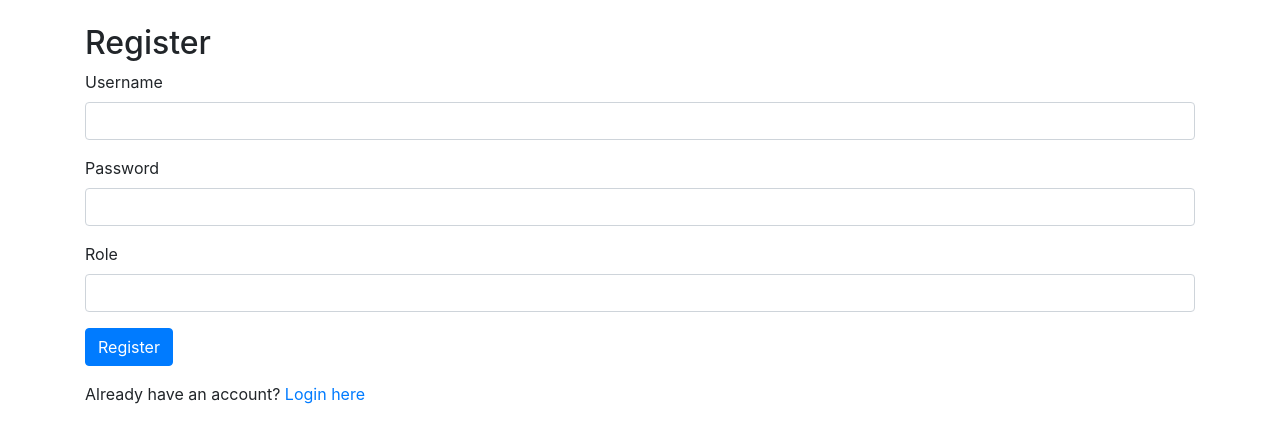
Repository: Stoldark/PLMUN
Page: http://localhost/register
These files come from the project's save history. The page is drawn as it stood at one moment and after the next save; the edit follows.
The browser window is 1280 px wide. The pictures show the whole page.
The page is served by the project's application, run on Flask 3 (tempCodeRunnerFile.py).

Above is the page before, as saved 2024-09-22 16:16:06.

### templates/register.html
<!doctype html>
<html lang="en">
<head>
    <meta charset="utf-8">
    <meta name="viewport" content="width=device-width, initial-scale=1">
    <title>Register</title>
    <link rel="stylesheet" href="https://stackpath.bootstrapcdn.com/bootstrap/4.5.2/css/bootstrap.min.css">
</head>
<body>
    <div class="container mt-4">
        <h2>Register</h2>
        <form method="POST" action="{{ url_for('register') }}">
            {{ form.hidden_tag() }}
            <div class="form-group">
                {{ form.username.label(class="form-label") }}
                {{ form.username(class="form-control") }}
            </div>
            <div class="form-group">
                {{ form.password.label(class="form-label") }}
                {{ form.password(class="form-control") }}
            </div>
            <div class="form-group">
                {{ form.role.label(class="form-label") }}
                {{ form.role(class="form-control") }}
            </div>
            <div class="form-group">
                {{ form.submit(class="btn btn-primary") }}
            </div>
        </form>
        <p class="mt-2">Already have an account? <a href="{{ url_for('login') }}">Login here</a></p>
    </div>
</body>
</html>

### tempCodeRunnerFile.py
from flask import Flask, render_template, request, redirect, session, url_for, flash, jsonify
from flask_wtf import FlaskForm
from wtforms import StringField, PasswordField, SubmitField
from wtforms.validators import DataRequired, Length
from flask_bcrypt import Bcrypt
from flask_login import LoginManager, UserMixin, login_user, logout_user, login_required, current_user
import sqlite3
import os

# Initialize Flask app
app = Flask(__name__)

# Set the secret key for session management
app.config['SECRET_KEY'] = 'your_secret_key'  # Change this to a secure key

# Initialize extensions
bcrypt = Bcrypt(app)
login_manager = LoginManager(app)
login_manager.login_view = 'login'

# Database connection function
def get_db_connection():
    conn = sqlite3.connect('inventory.db')
    conn.row_factory = sqlite3.Row
    return conn

# User model for Flask-Login
class User(UserMixin):
    def __init__(self, id, username, role):
        self.id = id
        self.username = username
        self.role = role

# User loader for Flask-Login
@login_manager.user_loader
def load_user(user_id):
    conn = get_db_connection()
    user = conn.execute('SELECT * FROM users WHERE id = ?', (user_id,)).fetchone()
    conn.close()
    if user:
        return User(user['id'], user['username'], user['role'])
    return None

# Registration form
class RegistrationForm(FlaskForm):
    username = StringField('Username', validators=[DataRequired(), Length(min=4, max=25)])
    password = PasswordField('Password', validators=[DataRequired(), Length(min=6, max=35)])
    role = StringField('Role', validators=[DataRequired()])
    submit = SubmitField('Register')

# Login form
class LoginForm(FlaskForm):
    username = StringField('Username', validators=[DataRequired()])
    password = PasswordField('Password', validators=[DataRequired()])
    submit = SubmitField('Login')

# Route to show inventory items
@app.route('/')
@login_required
def index():
    conn = get_db_connection()
    items = conn.execute('SELECT * FROM items').fetchall()
    conn.close()
    return render_template('index.html', items=items)

# Route to add an item
@app.route('/add', methods=('GET', 'POST'))
@login_required
def add_item():
    if request.method == 'POST':
        name = request.form['name']
        quantity = request.form['quantity']
        price = request.form['price']

        conn = get_db_connection()
        conn.execute('INSERT INTO items (name, quantity, price) VALUES (?, ?, ?)',
                     (name, quantity, price))
        conn.commit()
        conn.close()

        return redirect('/')
    return render_template('add.html')

# Route to edit an item
@app.route('/edit/<int:id>', methods=('GET', 'POST'))
@login_required
def edit_item(id):
    conn = get_db_connection()
    item = conn.execute('SELECT * FROM items WHERE id = ?', (id,)).fetchone()

    if request.method == 'POST':
        name = request.form['name']
        quantity = request.form['quantity']
        price = request.form['price']
        conn.execute('UPDATE items SET name = ?, quantity = ?, price = ? WHERE id = ?',
                     (name, quantity, price, id))
        conn.commit()
        conn.close()
        return redirect('/')

    conn.close()
    return render_template('edit.html', item=item)

# Route to delete an item
@app.route('/delete/<int:id>', methods=['POST'])
@login_required
def delete_item(id):
    conn = get_db_connection()
    conn.execute('DELETE FROM items WHERE id = ?', (id,))
    conn.commit()
    conn.close()
    return redirect('/')

# Registration route
@app.route('/register', methods=['GET', 'POST'])
def register():
    form = RegistrationForm()
    if form.validate_on_submit():
        username = form.username.data
        password = bcrypt.generate_password_hash(form.password.data).decode('utf-8')
        role = form.role.data

        conn = get_db_connection()
        conn.execute('INSERT INTO users (username, password, role) VALUES (?, ?, ?)',
                     (username, password, role))
        conn.commit()
        conn.close()

        flash('Registration successful! You can now log in.')
        return redirect(url_for('login'))
    return render_template('register.html', form=form)

# Login route
@app.route('/login', methods=['GET', 'POST'])
def login():
    form = LoginForm()
    if form.validate_on_submit():
        username = form.username.data
        password = form.password.data

        conn = get_db_connection()
        user = conn.execute('SELECT * FROM users WHERE username = ?', (username,)).fetchone()
        conn.close()

        if user and bcrypt.check_password_hash(user['password'], password):
            login_user(User(user['id'], user['username'], user['role']))
            return redirect('/')
        else:
            flash('Login Unsuccessful. Please check your username and password', 'danger')

    return render_template('login.html', form=form)

# Logout route
@app.route('/logout')
@login_required
def logout():
    logout_user()
    return redirect(url_for('index'))

# API Endpoint to get inventory items
@app.route('/api/items', methods=['GET'])
@login_required
def api_get_items():
    conn = get_db_connection()
    items = conn.execute('SELECT * FROM items').fetchall()
    conn.close()
    return jsonify([dict(item) for item in items])

# API Endpoint to add an item
@app.route('/api/items', methods=['POST'])
@login_required
def api_add_item():
    data = request.get_json()
    name = data.get('name')
    quantity = data.get('quantity')
    price = data.get('price')

    conn = get_db_connection()
    conn.execute('INSERT INTO items (name, quantity, price) VALUES (?, ?, ?)',
                 (name, quantity, price))
    conn.commit()
    conn.close()

    return jsonify({'message': 'Item added successfully'}), 201

# API Endpoint to update an item
@app.route('/api/items/<int:id>', methods=['PUT'])
@login_required
def api_update_item(id):
    data = request.get_json()
    name = data.get('name')
    quantity = data.get('quantity')
    price = data.get('price')

    conn = get_db_connection()
    conn.execute('UPDATE items SET name = ?, quantity = ?, price = ? WHERE id = ?',
                 (name, quantity, price, id))
    conn.commit()
    conn.close()

    return jsonify({'message': 'Item updated successfully'})

# API Endpoint to delete an item
@app.route('/api/items/<int:id>', methods=['DELETE'])
@login_required
def api_delete_item(id):
    conn = get_db_connection()
    conn.execute('DELETE FROM items WHERE id = ?', (id,))
    conn.commit()
    conn.close()

    return jsonify({'message': 'Item deleted successfully'})

# Run the app
if __name__ == "__main__":
    port = int(os.environ.get("PORT", 10000))  # Use PORT environment variable or default to 10000
    app.run(host="0.0.0.0", port=port, debug=True)

After the next save:
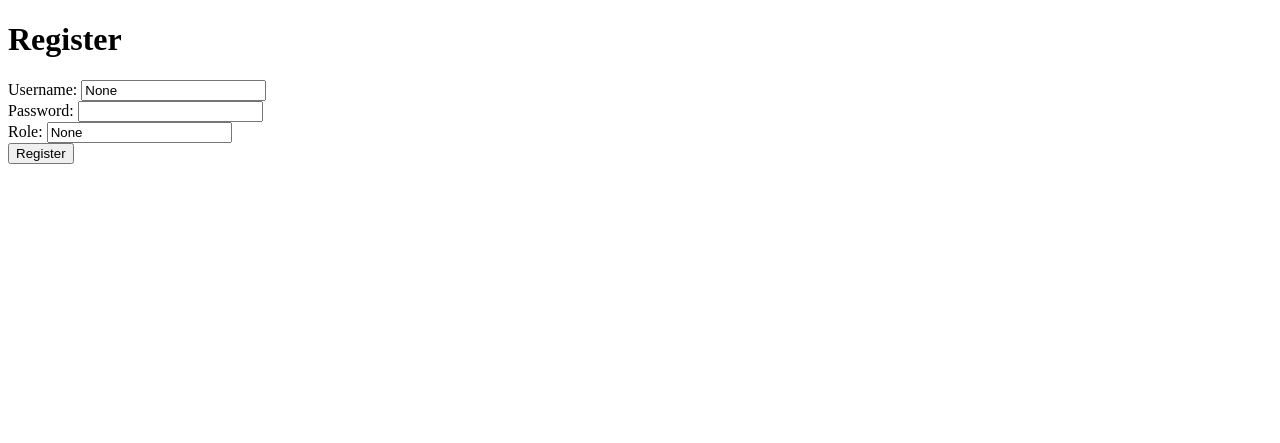
Saved 42 s later.
--- a/templates/register.html
+++ b/templates/register.html
@@ -1,33 +1,29 @@
-<!doctype html>
+<!DOCTYPE html>
 <html lang="en">
 <head>
-    <meta charset="utf-8">
-    <meta name="viewport" content="width=device-width, initial-scale=1">
+    <meta charset="UTF-8">
+    <meta name="viewport" content="width=device-width, initial-scale=1.0">
     <title>Register</title>
-    <link rel="stylesheet" href="https://stackpath.bootstrapcdn.com/bootstrap/4.5.2/css/bootstrap.min.css">
 </head>
 <body>
-    <div class="container mt-4">
-        <h2>Register</h2>
-        <form method="POST" action="{{ url_for('register') }}">
-            {{ form.hidden_tag() }}
-            <div class="form-group">
-                {{ form.username.label(class="form-label") }}
-                {{ form.username(class="form-control") }}
-            </div>
-            <div class="form-group">
-                {{ form.password.label(class="form-label") }}
-                {{ form.password(class="form-control") }}
-            </div>
-            <div class="form-group">
-                {{ form.role.label(class="form-label") }}
-                {{ form.role(class="form-control") }}
-            </div>
-            <div class="form-group">
-                {{ form.submit(class="btn btn-primary") }}
-            </div>
-        </form>
-        <p class="mt-2">Already have an account? <a href="{{ url_for('login') }}">Login here</a></p>
-    </div>
+    <h1>Register</h1>
+
+    <form method="POST" action="{{ url_for('register') }}">
+        {{ form.hidden_tag() }}
+
+        <label for="username">Username:</label>
+        <input type="text" id="username" name="username" value="{{ form.username.data }}">
+        <br>
+
+        <label for="password">Password:</label>
+        <input type="password" id="password" name="password">
+        <br>
+
+        <label for="role">Role:</label>
+        <input type="text" id="role" name="role" value="{{ form.role.data }}">
+        <br>
+
+        <input type="submit" value="Register">
+    </form>
 </body>
 </html>
